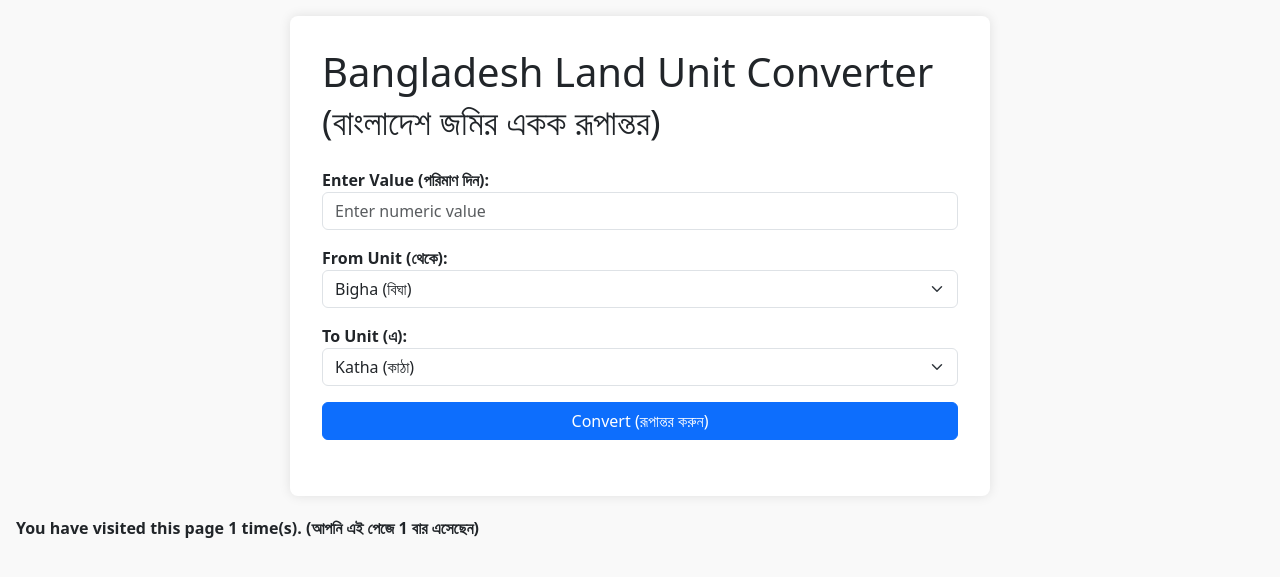
Repository: smriad/bdland
Page: http://localhost/
The author's editor kept a copy of each file at every save. The page is drawn from the files as they stood at one save, then again after a run of saves.
The browser window is 1280 px wide. The pictures show the whole page.
The page is run by PHP 8.4 with error messages shown; the project is at /var/www/html/.

Above is the page before, as saved 2025-07-22 16:44:44.

After the next 2 saves:
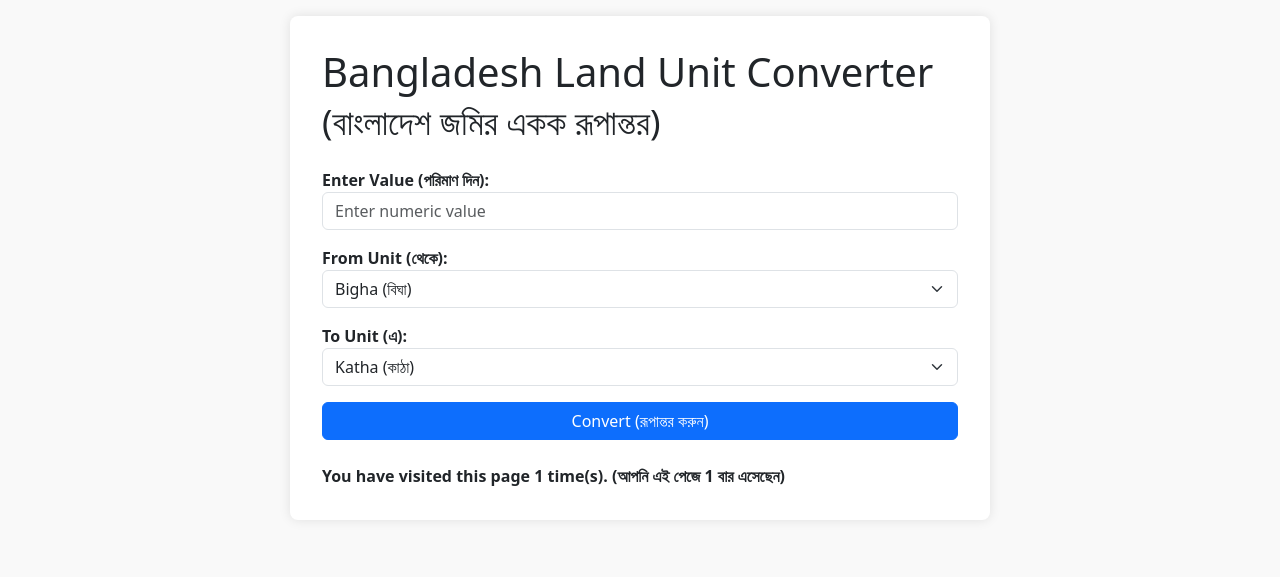
The 2 saves are shown as one change because they came seconds apart.
The last was saved 5 min 24 s later.
--- a/index.php
+++ b/index.php
@@ -32,9 +32,10 @@
     <button class="btn btn-primary w-100" onclick="convert()">Convert (রূপান্তর করুন)</button>
 
     <div id="result" class="mt-4 text-center"></div>
+    <div id="visitorCount" style="margin-top:20px; font-weight:bold;"></div>
   </div>
 
-  <div id="visitorCount" style="margin-top:20px; font-weight:bold;"></div>
+
 
 <script>
   // Units converted to square feet (sq ft) base
